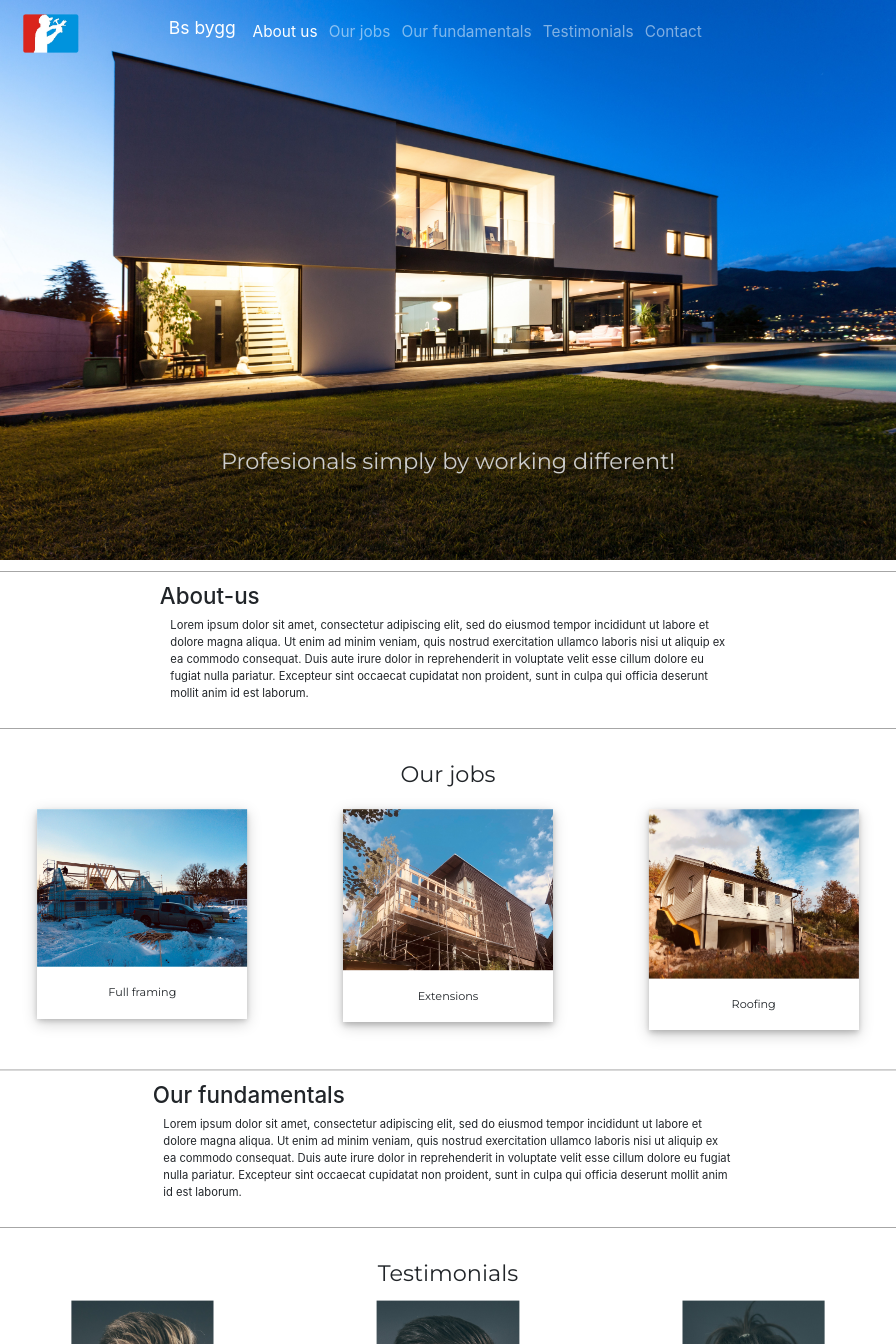
Repository: Bartie1982/milestone-project-1
Page: index.html
The author's editor kept a record of every edit. The page is drawn from the files as they stood at one moment, then again after the next edit.
The browser window is 1280 px wide. The pictures show the part of the page from y = 0 to 1920 px (the page is 2650 px tall), at 70% of full size.

Above is the page before.

After the next edit:
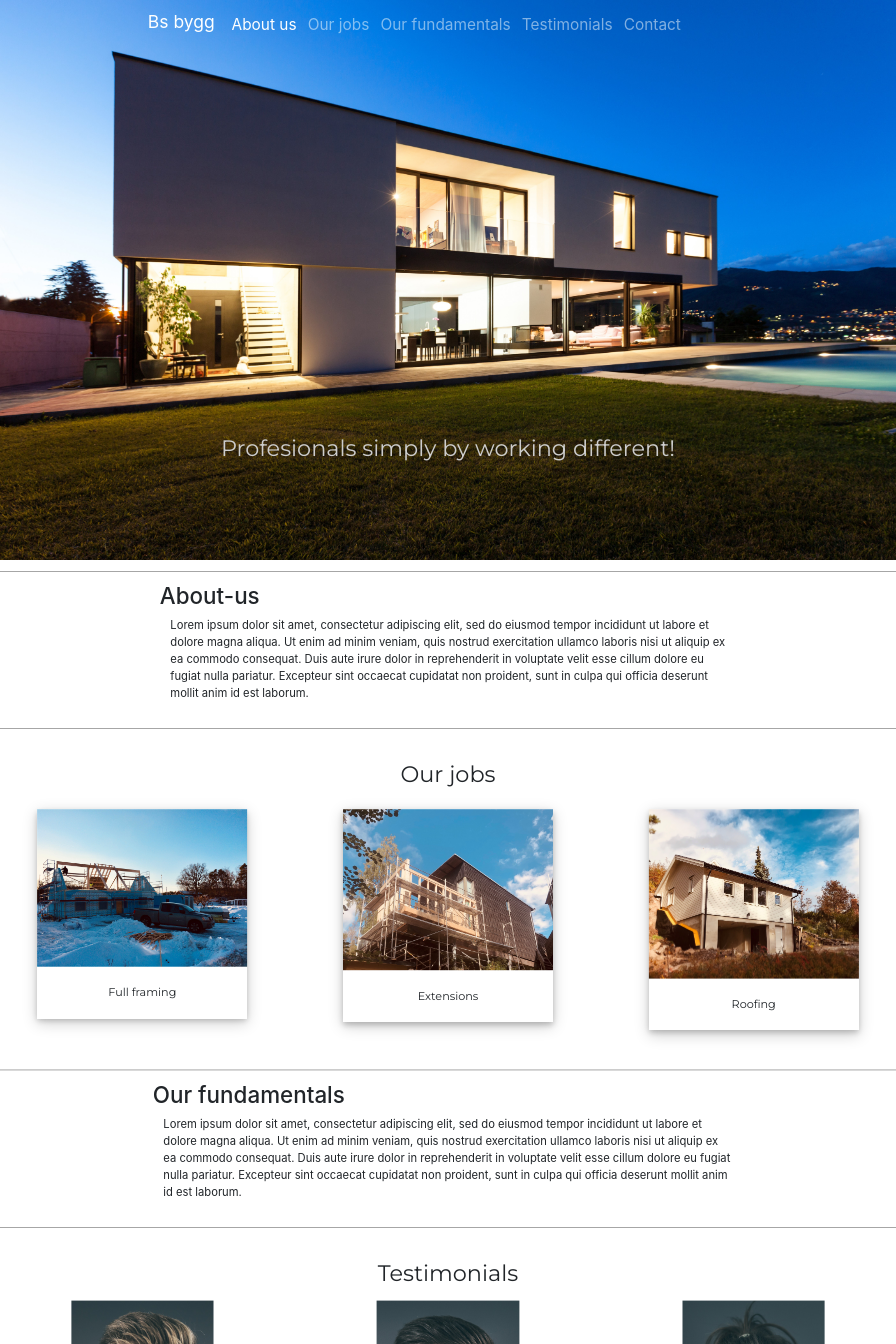
The edit:
--- a/assets/css/style.css
+++ b/assets/css/style.css
@@ -37,17 +37,7 @@
 
 }
 
-.logo {
-    background: url("../images/logo1.png");
-    background-position: left;
-    background-repeat: no-repeat;
-    background-size: 85px;
-    min-height: 85px;
-    margin-top: 5px;
-    margin-left: 30px;
-
-
-}
+
 
 .quote {
     margin-top: 550px;

After the edit that followed:
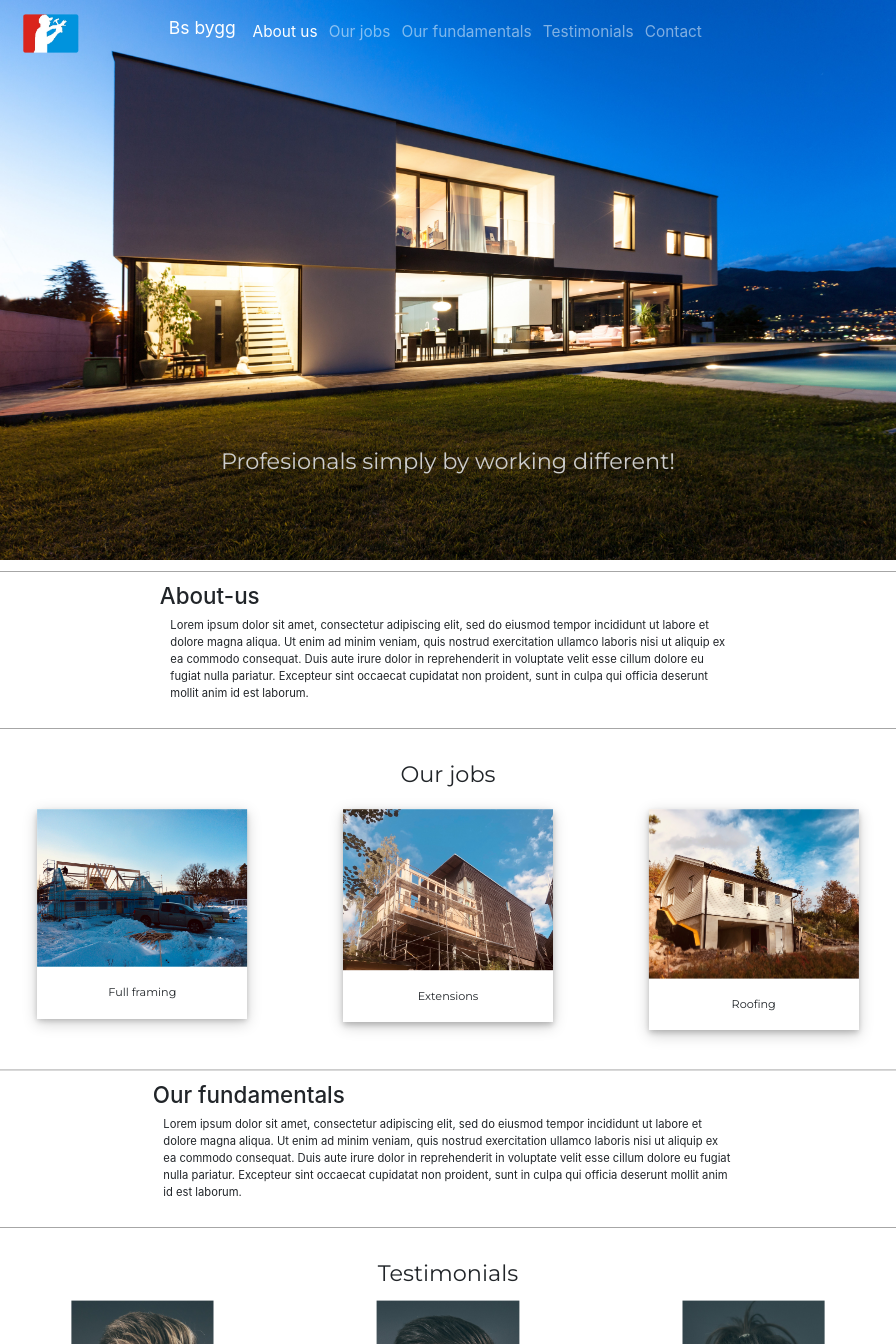
The edit:
--- a/assets/css/style.css
+++ b/assets/css/style.css
@@ -22,6 +22,17 @@
     background-repeat: no-repeat;
     background-size: cover;
     height: 800px;
+
+}
+
+.logo {
+    background: url("../images/logo1.png");
+    background-position: left;
+    background-repeat: no-repeat;
+    background-size: 85px;
+    min-height: 85px;
+    margin-top: 5px;
+    margin-left: 30px;
 
 }
 
